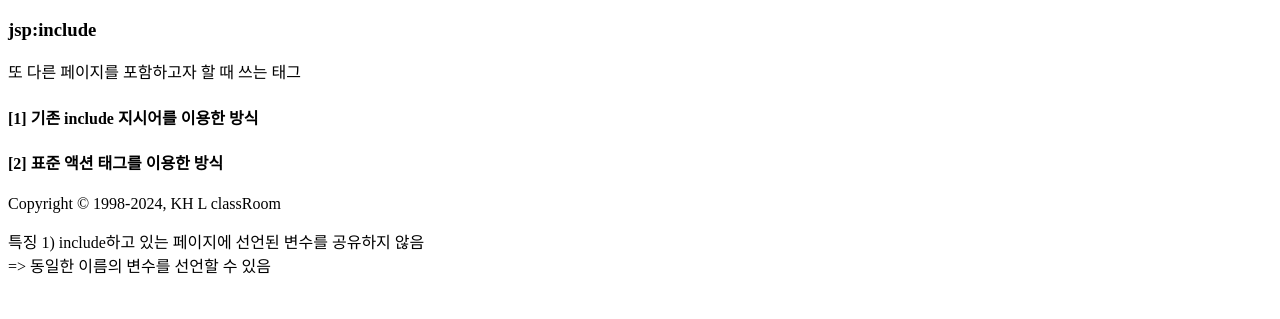
Repository: hailey-516/servlet
Page: http://localhost/3_elAction/views/2_Standard_Action/01_include.jsp
The author's editor kept a copy of each file at every save. The page is drawn from the files as they stood at one save, then again after the next save.
The browser window is 1280 px wide. The pictures show the whole page.
The page is served by Tomcat 9. Other server files are loaded and not shown.

Above is the page before, as saved 2024-08-27 01:35:27.

### 3_elAction/src/main/webapp/views/2_Standard_Action/01_include.jsp
<%@ page language="java" contentType="text/html; charset=UTF-8"
    pageEncoding="UTF-8"%>
<!DOCTYPE html>
<html>
<head>
<meta charset="UTF-8">
<title>standard action tag - include</title>
</head>
<body>
	<h3>jsp:include</h3>
	<p>또 다른 페이지를 포함하고자 할 때 쓰는 태그</p>

	<h4>[1] 기존 include 지시어를 이용한 방식</h4>
	<%--
	<%@ include file="footer.jsp" %>
	--%>

	<h4>[2] 표준 액션 태그를 이용한 방식</h4>
	<jsp:include page="footer.jsp"/>
	<%-- <jsp:include page="footer.jsp"></jsp:include> --%>
	<br>
	<p>
		특징 1) include하고 있는 페이지에 선언된 변수를 공유하지 않음 <br>
		=> 동일한 이름의 변수를 선언할 수 있음
	</p>
	<% String year = "2020"; %>
</body>
</html>

### 3_elAction/src/main/webapp/views/2_Standard_Action/footer.jsp
<%@ page language="java" contentType="text/html; charset=UTF-8"
    pageEncoding="UTF-8"%>
<%@ page import="java.text.SimpleDateFormat, java.util.Date" %>
<!DOCTYPE html>
<html>
<head>
<meta charset="UTF-8">
<title>Insert title here</title>
</head>
<body>
<%-- new java.text.SimpleDateFormat("yyyy").format(new java.util.Date());+ --%>
<%
	String year = new SimpleDateFormat("yyyy").format(new Date());
%>
	Copyright &copy; 1998-<%= year %>, KH L classRoom
</body>
</html>

After the next save:
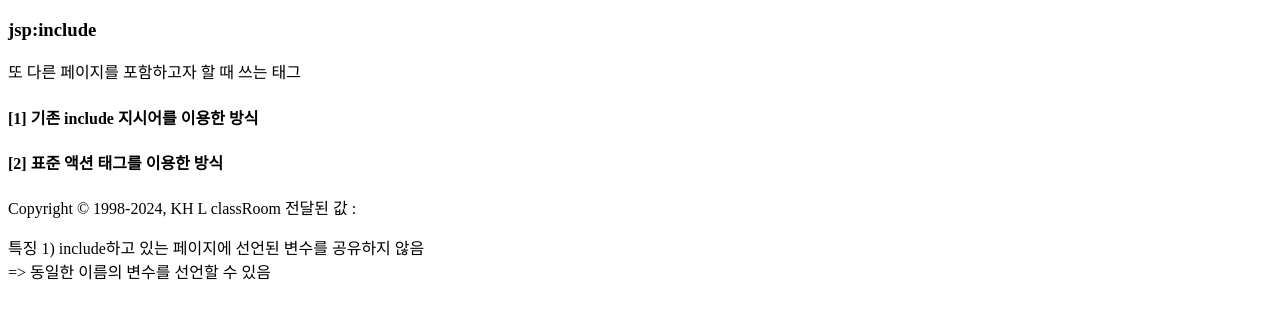
Saved 3 min 19 s later.
--- a/3_elAction/src/main/webapp/views/2_Standard_Action/footer.jsp
+++ b/3_elAction/src/main/webapp/views/2_Standard_Action/footer.jsp
@@ -13,5 +13,6 @@
 	String year = new SimpleDateFormat("yyyy").format(new Date());
 %>
 	Copyright &copy; 1998-<%= year %>, KH L classRoom
+	전달된 값 : ${ param.month }
 </body>
 </html>
